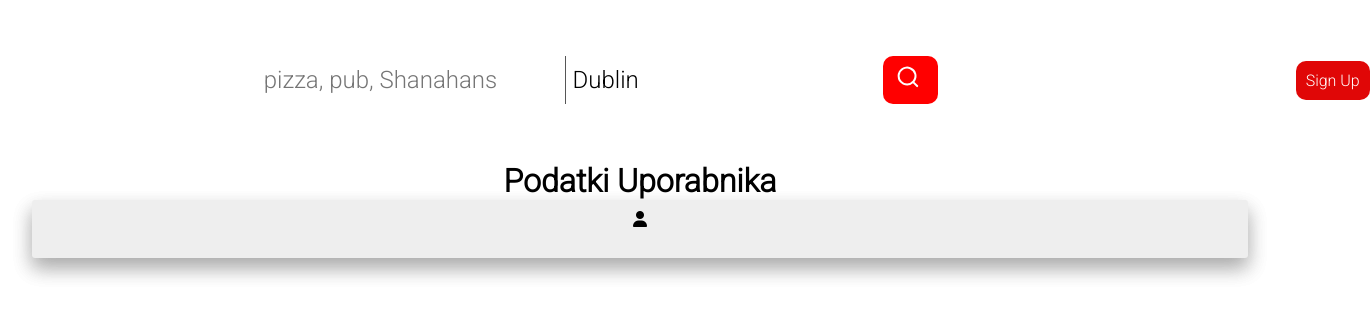
Repository: DomenJ2003/project1
Page: /user
An editor plug-in stored every save of this project. The page is shown before and after the next save, followed by the edit.
The browser window is 1280 px wide. The page is 1370 px wide, so the pictures cover 1370 px, including what lies to the right of the window. The pictures show the whole page.
The page's requests for data from a server got no answer. Some web libraries are served in a nearby version. The project was rebuilt for these pictures with package versions that can differ from the ones it lists, and the page was loaded fresh each time. No one was signed in, and anything a server would have sent is missing. Also part of the build but not shown: vite.config.js, src/Components/Sections/HeroSection.css, src/Components/Sections/HeroSection.jsx, src/Components/Sections/HomePageContent.css, src/Components/Sections/HomePageContent.jsx, src/Components/Pages/HomePage.jsx, src/Components/Pages/HelpPage.jsx.

Above is the page before, as saved 2022-08-20 21:53:48.

After the next save:
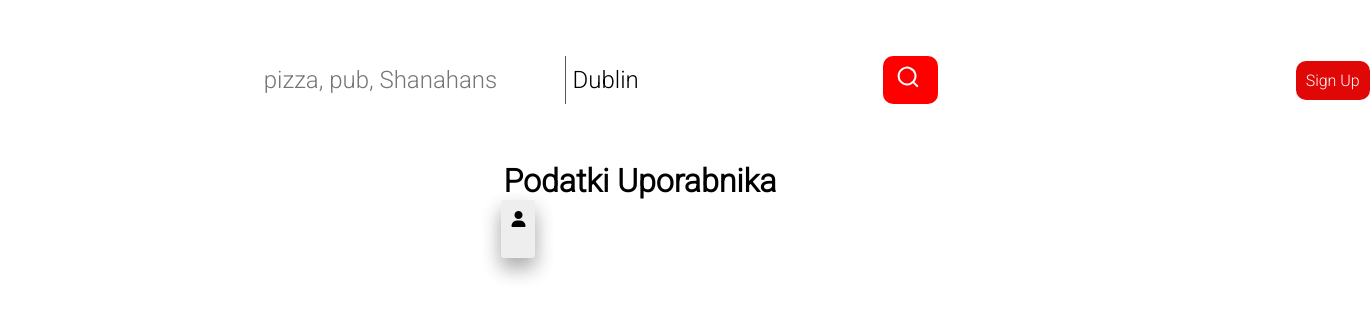
Saved 22 s later.
--- a/src/Components/Pages/UserPage.css
+++ b/src/Components/Pages/UserPage.css
@@ -1,4 +1,4 @@
-.solo-cards-container{
+.solo-card-container{
     display: flex;
     justify-content: center;
     align-items: center;
